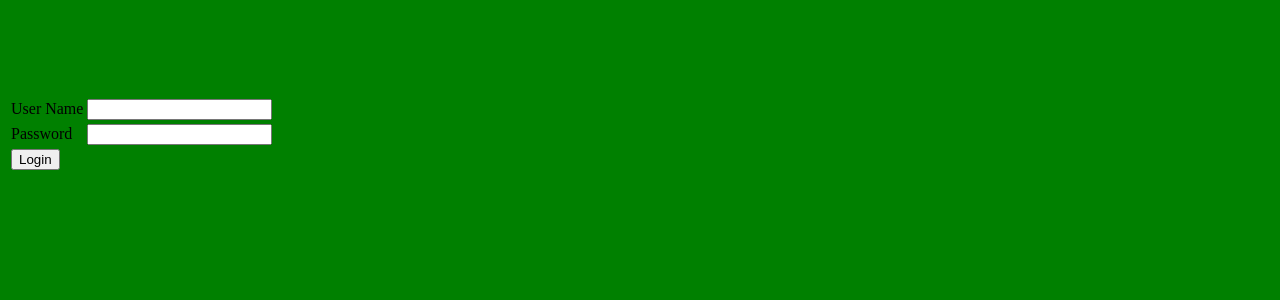
Repository: sultanaNargis03/IndustryReadyJavaSpringBoot
Page: Servlet/workspace/Learningportal/src/main/webapp/login.html
The author's editor kept a copy of each file at every save. The page is drawn from the files as they stood at one save, then again after the next save.
The browser window is 1280 px wide. The pictures show the whole page.

Above is the page before, as saved 2023-12-07 15:02:39.

### Servlet/workspace/Learningportal/src/main/webapp/login.html
<!DOCTYPE html>
<html>
<head>
<meta charset="ISO-8859-1">
<title>Login</title>
</head>
<body style="align-content: center" bgcolor="green">
<h1><marquee>Login!!</marquee></h1>

<form action="./login">
	<table>
		<tr>
			<td>User Name</td>
			<td><input type="text" name="uname"</td>
		</tr>

			<td>Password</td>
			<td><input type="password" name="password"</td>
		</tr>

		<tr>
			<td><input type="submit" value="Login"</td>
		</tr>
	</table>
</form>

</body>
</html>

After the next save:
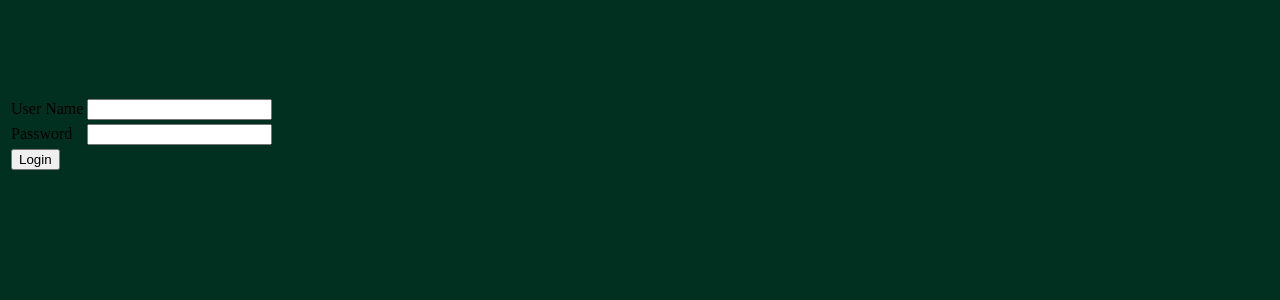
Saved 60 s later.
--- a/Servlet/workspace/Learningportal/src/main/webapp/login.html
+++ b/Servlet/workspace/Learningportal/src/main/webapp/login.html
@@ -4,7 +4,7 @@
 <meta charset="ISO-8859-1">
 <title>Login</title>
 </head>
-<body style="align-content: center" bgcolor="green">
+<body style="align-content: center" bgcolor="#023020">
 <h1><marquee>Login!!</marquee></h1>
 
 <form action="./login">
